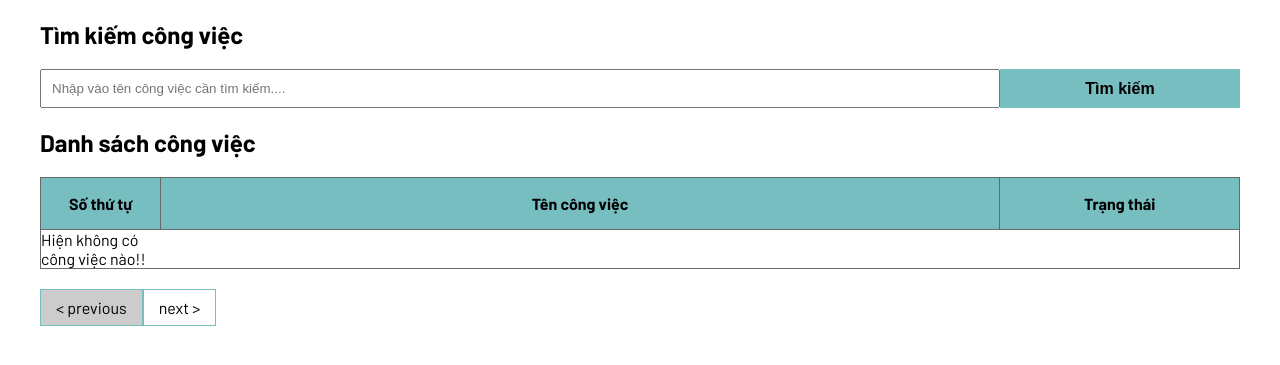
Repository: OkazakiTruong/searchReact
Page: /
An editor plug-in stored every save of this project. The page is shown before and after the next save, followed by the edit.
The browser window is 1280 px wide. The pictures show the whole page.
The page's requests for data from a server got no answer. The project was rebuilt for these pictures with package versions that can differ from the ones it lists, and the page was loaded fresh each time. No one was signed in, and anything a server would have sent is missing. Also part of the build but not shown: vite.config.js.

Above is the page before, as saved 2024-01-11 20:04:47.

After the next save:
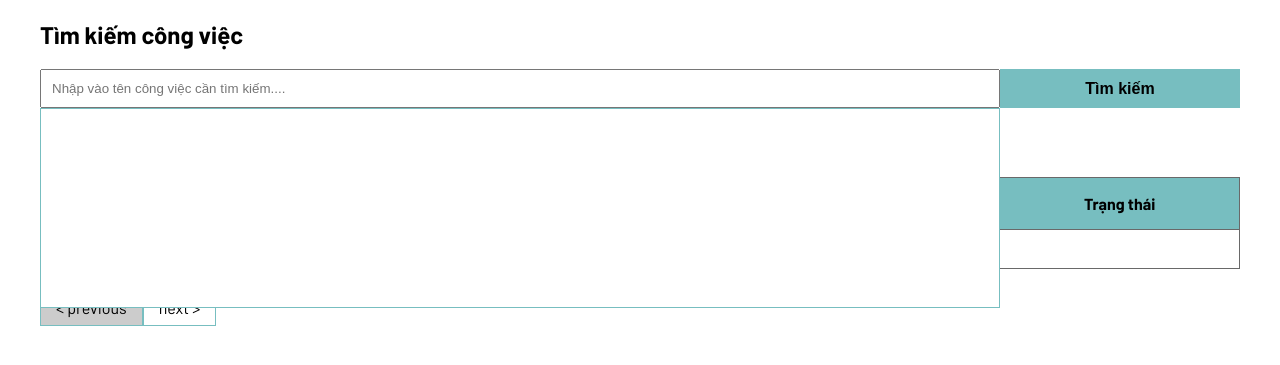
Saved 13 s later.
--- a/src/SearchApp/Search/Search.css
+++ b/src/SearchApp/Search/Search.css
@@ -26,7 +26,6 @@
   background-color: white;
   padding: 10px 0 10px 0;
   overflow: auto;
-  visibility: hidden;
 }
 .search-suggest .active {
   visibility: visible !important;

After the save that followed:
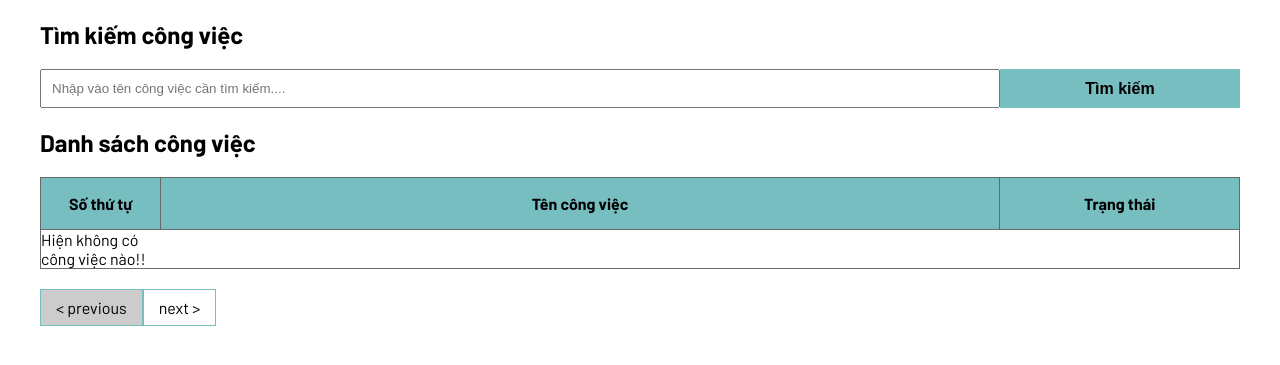
Saved 19 s later.
--- a/src/SearchApp/Search/Search.css
+++ b/src/SearchApp/Search/Search.css
@@ -26,6 +26,7 @@
   background-color: white;
   padding: 10px 0 10px 0;
   overflow: auto;
+  display: none;
 }
 .search-suggest .active {
   visibility: visible !important;
